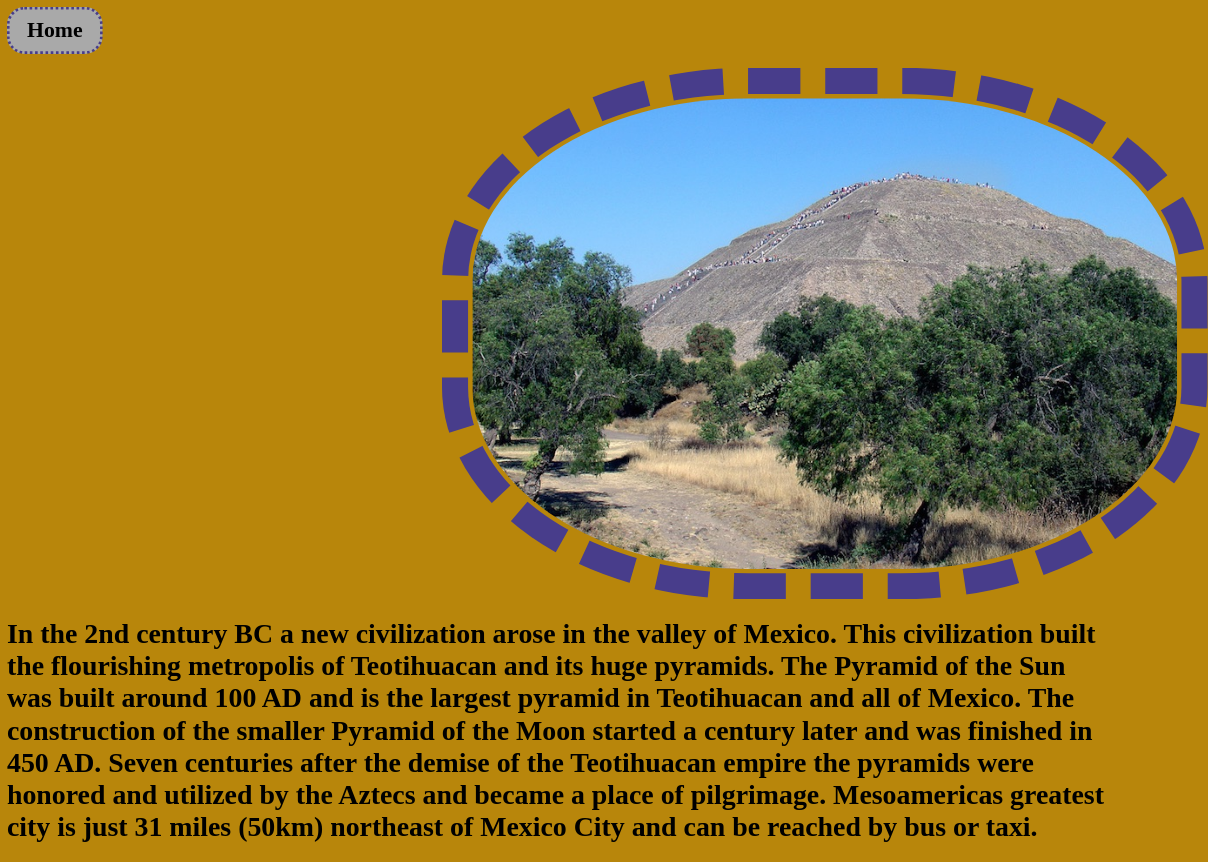
Repository: DamianKryzia/DamianKryzia.github.io
Page: Damian's Website/teotihuacan.html
The author's editor kept a record of every edit. The page is drawn from the files as they stood at one moment, then again after the next edit.
The browser window is 1280 px wide. The page is 1388 px wide, so the pictures cover 1388 px, including what lies to the right of the window. The pictures show the whole page, at 87% of full size.

Above is the page before.

### Damian's Website/teotihuacan.html
<html>
    <head>
        <form action = "homepage.html" method = "get">
            <button type = "submit" class = "home"> Home </button>
        </form>
    </head>
    <body>
        <img src = 'images/teotihuacan.jpg'/>
        <h1>In the 2nd century BC a new civilization arose in the valley of Mexico. This civilization built the flourishing metropolis of Teotihuacan and its huge pyramids. The Pyramid of the Sun was built around 100 AD and is the largest pyramid in Teotihuacan and all of Mexico. The construction of the smaller Pyramid of the Moon started a century later and was finished in 450 AD. Seven centuries after the demise of the Teotihuacan empire the pyramids were honored and utilized by the Aztecs and became a place of pilgrimage. Mesoamericas greatest city is just 31 miles (50km) northeast of Mexico City and can be reached by bus or taxi.</h1>
    </body>
    <style>
        html{
            background-color:#B8860B;
        }
        .home{
            margin-left:0px;
            padding:10px 20px 10px 20px;
            font-family:"Times New Roman";
            font-weight:bold;
            font-size:25px;
            background-color:#A9A9A9;
            border-radius:20px;
            border:dotted;
            border-color:#483D8B;
        }
        img{
            padding:5px 5px 5px 5px;
            border-radius: 40%;
            margin-left:500px;
            border-style:dashed;
            border-width:30px;
            border-color:#483D8B;
        }
    </style>
</html>

After the next edit:
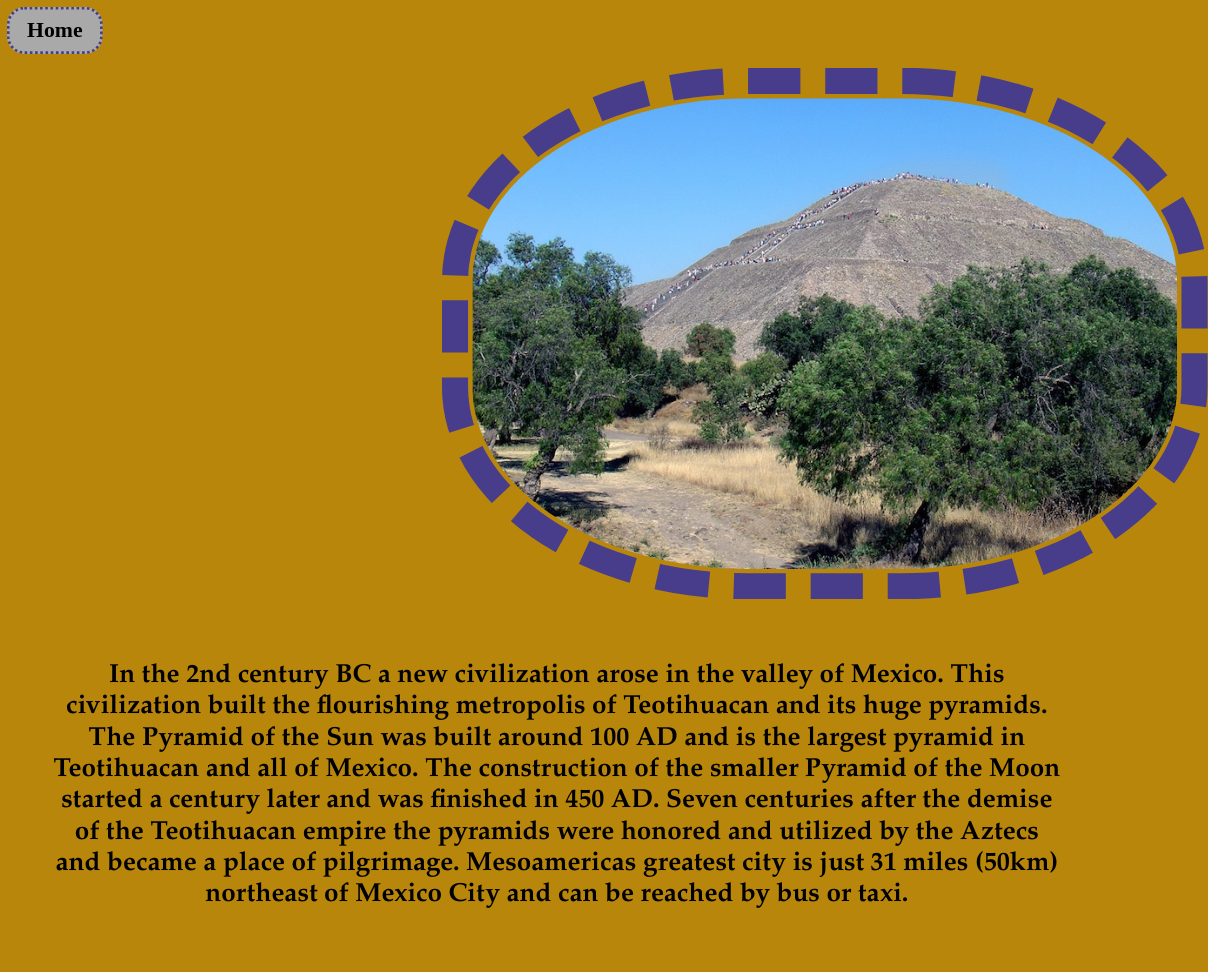
The edit:
--- a/Damian's Website/teotihuacan.html
+++ b/Damian's Website/teotihuacan.html
@@ -31,5 +31,11 @@
             border-width:30px;
             border-color:#483D8B;
         }
+        h1{
+            padding:50px 50px 50px 50px;
+            font-family:"Palatino Linotype";
+            font-size:30px;
+            text-align:center;
+        }
     </style>
 </html>
